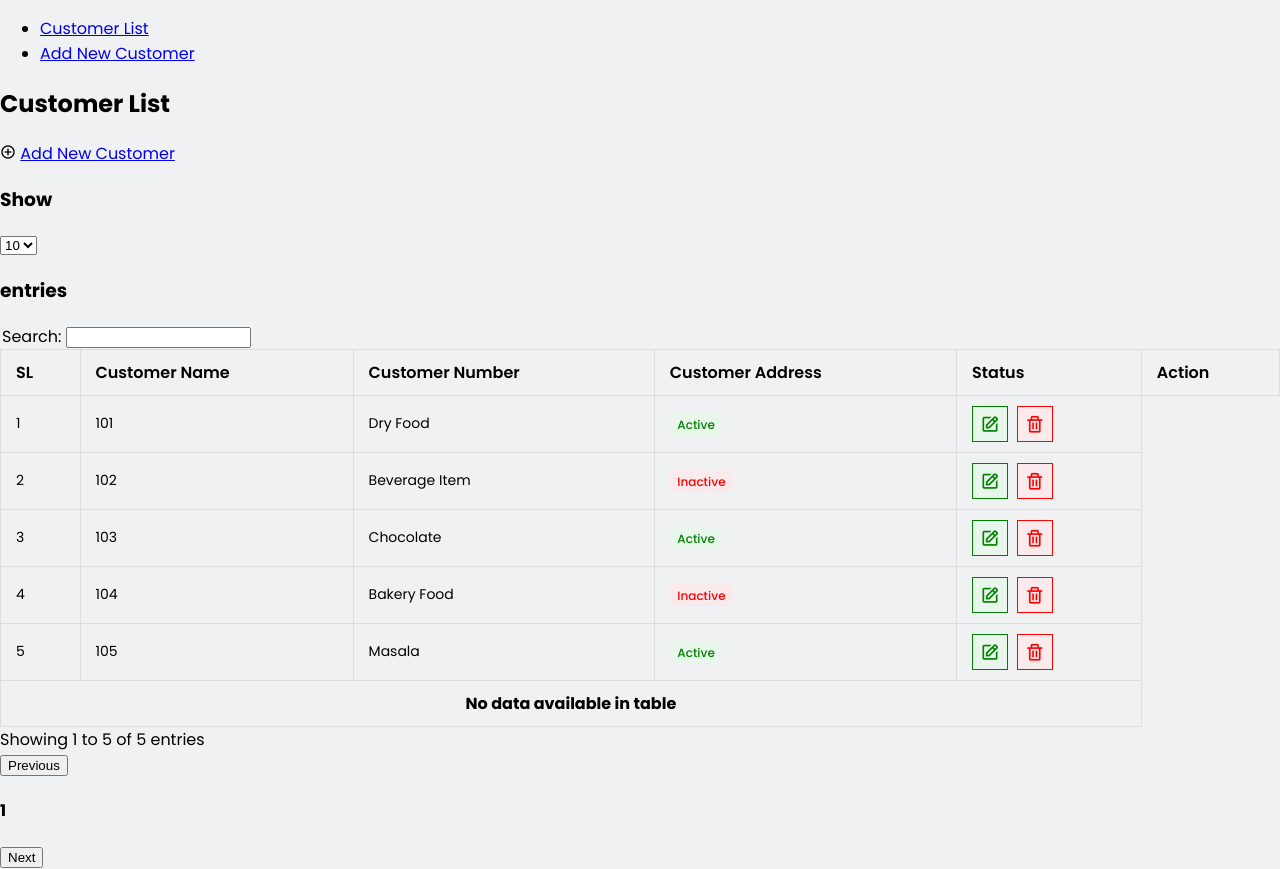
Repository: codebyaddro/customer-page
Page: customer.html
These files come from the project's save history. The page is drawn as it stood at one moment and after a run of saves; the edit follows.
The browser window is 1280 px wide. The pictures show the whole page.

Above is the page before, as saved 2025-02-20 13:55:54.

### customer.html
<!DOCTYPE html>
<html lang="en">
<head>
    <meta charset="UTF-8">
    <meta name="viewport" content="width=device-width, initial-scale=1.0">
    <!-- CSS -->
    <link rel="stylesheet" href="css/customer.css">
    <!-- Icons -->
    <link href='https://unpkg.com/boxicons@2.1.4/css/boxicons.min.css' rel='stylesheet'>
    <title>Customer - Page</title>
</head>
<body>
    <div class="cba-customer-container">
        <div class="cba-cusc-top-menus">
            <ul>
                <li><a href="/index.html" class="-cba-cusc-active-menu">Customer List</a></li>
                <li><a href="/inner-pages/html/anc.html" class="cba-cusc-light-up">Add New Customer</a></li>
            </ul>
        </div>
        <div class="cba-cusc-list-container">
            <div class="cba-cusc-heading-add-new-btn">
                <div class="cba-cusc-heading">
                    <h2>Customer List</h2>
                </div>
                <div class="cba-cusc-add-new-btn">
                    <i class='cba-cusc-add-icon bx bx-plus-circle'></i>
                    <a href="/inner-pages/html/anc.html">Add New Customer</a>
                </div>
            </div>
            <div class="cba-cusc-list-short-dpdwn-search-box">
                <div class="cba-cusc-list-short-dpdwn">
                    <h3>Show</h3>
                    <select name="10" id="">
                        <option value="">10</option>
                        <option value="">20</option>
                        <option value="">30</option>
                        <option value="">All</option>
                    </select>
                    <h3>entries</h3>
                </div>
                <div class="cba-cusc-search-box">
                    <legend>Search: <input type="text"></legend>
                </div>
            </div>
            <div class="cba-cusc-table-list">
                <table>
                    <thead>
                        <tr>
                            <th title="SL">SL</th>
                            <th title="Code">Customer Name</th>
                            <th title="Category Name">Customer Number</th>
                            <th title="Status">Customer Address</th>
                            <th title="Status">Status</th>
                            <th title="Action">Action</th>
                        </tr>
                    </thead>
                    <tbody>
                        <tr>
                            <td>1</td>
                            <td>101</td>
                            <td>Dry Food</td>
                            <td><span class="active">Active</span></td>
                            <td>
                                <a title="Edit" href="#"><i class='edit-icon bx bx-edit'></i></a>
                                <a title="Delete" href="#"><i class='delete-icon bx bx-trash'></i></a>
                            </td>
                        </tr>
                        <tr>
                            <td>2</td>
                            <td>102</td>
                            <td>Beverage Item</td>
                            <td><span class="inactive">Inactive</span></td>
                            <td>
                                <a title="Edit" href="#"><i class='edit-icon bx bx-edit'></i></a>
                                <a title="Delete" href="#"><i class='delete-icon bx bx-trash'></i></a>
                            </td>
                        </tr>
                        <tr>
                            <td>3</td>
                            <td>103</td>
                            <td>Chocolate</td>
                            <td><span class="active">Active</span></td>
                            <td>
                                <a title="Edit" href="#"><i class='edit-icon bx bx-edit'></i></a>
                                <a title="Delete" href="#"><i class='delete-icon bx bx-trash'></i></a>
                            </td>
                        </tr>
                        <tr>
                            <td>4</td>
                            <td>104</td>
                            <td>Bakery Food</td>
                            <td><span class="inactive">Inactive</span></td>
                            <td>
                                <a title="Edit" href="#"><i class='edit-icon bx bx-edit'></i></a>
                                <a title="Delete" href="#"><i class='delete-icon bx bx-trash'></i></a>
                            </td>
                        </tr>
                        <tr>
                            <td>5</td>
                            <td>105</td>
                            <td>Masala</td>
                            <td><span class="active">Active</span></td>
                            <td>
                                <a title="Edit" href="#"><i class='edit-icon bx bx-edit'></i></a>
                                <a title="Delete" href="#"><i class='delete-icon bx bx-trash'></i></a>
                            </td>
                        </tr>
                        <tr class="cba-cusc-no-data-available">
                            <th colspan="5">No data available in table</th>
                        </tr>
                    </tbody>
                </table>
            </div>
            <div class="cba-cusc-entries-details-list-page-btn">
                <div class="cba-cusc-entries-details">
                    Showing <span>1</span> to <span>5</span> of <span>5</span> entries
                </div>
                <div class="cba-cusc-list-page-btn">
                    <button>Previous</button>
                    <h4><span>1</span></h4>
                    <button>Next</button>
                </div>
            </div>
        </div>
    </div>
</body>
</html>

### css/customer.css
/* -- fonts -- */
@import url('https://fonts.googleapis.com/css2?family=Poppins:ital,wght@0,100;0,200;0,300;0,400;0,500;0,600;0,700;0,800;0,900;1,100;1,200;1,300;1,400;1,500;1,600;1,700;1,800;1,900&family=Raleway:ital,wght@0,100..900;1,100..900&family=Roboto:ital,wght@0,100;0,300;0,400;0,500;0,700;0,900;1,100;1,300;1,400;1,500;1,700;1,900&family=VT323&display=swap');

/* -- root -- */

:root {
    --gray-white: #F0F1F2; /* For body*/
    --white: #FFFFFF;
    --black: #000000;
    --gray-black: #DDDDDD;
    --light-black: #212523;
    --light-black-op: #21252350;
    --main-green: #157343;
    --main-light: #37A000;
    --light-orange: #FD7E14;
    --green: #008000;
    --light-green: #e9f6ec;
    --red: #FF0000;
    --light-red: #fbeaec;
}

/* ---------- */

* {
    box-sizing: border-box;
}

body {
    margin: 0;
    padding: 0;
    font-family: "Poppins", serif;
    background-color: var(--gray-white);
}

::selection {
    color: var(--white);
    background-color: var(--main-light);
}

/* -- category container style -- */

.category-container {
    width: 100%;
    margin-top: 25px;
}

/* -- top menus style--  */

.top-menus {
    background-color: var(--white);
    display: flex;
    justify-content: left;
    align-items: center;
    height: 60px;
    margin-bottom: 15px;
}

.top-menus ul {
    list-style-type: none;
    display: flex;
    gap: 30px;
    margin-left: -20px;
}

.top-menus ul li a {
    text-decoration: none;
    color: var(--black);
    font-size: 15px;
    font-weight: 500;
}

/* -- active menu style -- */

.active-menu {
    color: var(--white)!important;
    background-color: var(--main-green);
    padding: 8px 12px;
    border-radius: 5px;
}

/* -- menu hover style -- */

.light-up:hover {
    color: var(--light-orange);
}

/* -- list container style -- */

.list-container {
    background-color: var(--white);
    padding: 0px 20px;
}

/* -- heading-add-new-btn style -- */

.heading-add-new-btn {
    display: flex;
    justify-content: space-between;
    align-items: center;
    border-bottom: 1px solid var(--gray-black) ;
}

.heading h2 {
    color: var(--light-black);
    font-size: 25px;
    font-weight: 500;
}

/* -- add-new-btn style -- */

.add-new-btn {
    display: flex;
    gap: 5px;
    justify-content: baseline;
    align-items: center;
}

.add-new-btn {
    background-color: var(--main-green);
    padding: 5px 10px;
    border-radius: 5px;
}

.add-new-btn a {
    color: var(--white);
    text-decoration: none;
}

.add-icon {
    color: var(--white);
    font-size: 20px;
}

/* -- list-short-dpdwn-search-box style -- */

.list-short-dpdwn-search-box {
    display: flex;
    justify-content: space-between;
    align-items: center;
    padding: 10px 0px;
}

/* -- list-short-dpdwn style -- */

.list-short-dpdwn {
    display: flex;
    gap: 7.5px;
    align-items: center;
}

.list-short-dpdwn h3 {
    color: var(--light-black);
    font-size: 15px;
    font-weight: 500;
}

.list-short-dpdwn select {
    color: var(--light-black);
    appearance: none;
    height: 25px;
    width: 30px;
    padding-left: 6px;
    outline: none;
    border-radius: 2.5px;
}

/* -- search-box style -- */

.search-box {
    display: flex;
    align-items: center;
}

.search-box legend {
    color: var(--light-black);
}

.search-box input {
    outline: none;
    height: 25px;
    width: 193px;
    border: 1px solid var(--gray-black);
}

/* -- table-list style --*/

table {
    border-collapse: collapse;
    width: 100%;
}

@media (max-width: 768px) {
    table {
        width: 100%;
        padding: 0rem;
        display: block;
        overflow-x: scroll;
        overflow-y: hidden;
        scrollbar-width: thin;
        scrollbar-color: var(--black);
    }
}

/* -- thead style -- */

thead {
    cursor: pointer;
}

th, td {
    border: 1px solid var(--gray-black);
    padding: 10px 15px;
}

thead tr th {
    font-size: 1rem;
    font-weight: 600;
    text-align: left;
}

tbody tr td {
    font-size: 0.875rem;
}

tbody tr:hover {
    background-color: var(--gray-white);
}

/* -- tbody style -- */

/* status style */

.active {
    color: var(--green);
    background-color: var(--light-green);
    font-size: 12px;
    font-weight: 500;
    padding: 2.5px 7.5px;
    border-radius: 5px;
}

.inactive {
    color: var(--red);
    background-color: var(--light-red);
    font-size: 12px;
    font-weight: 500;
    padding: 2.5px 7.5px;
    border-radius: 5px;
}

/* -- action style -- */

.edit-icon {
    color: var(--green);
    background-color: var(--light-green);
    padding: 7px 7px;
    margin-right: 2.5px;
    border: 1px solid var(--green);
    font-size: 20px;
}

.edit-icon:hover {
    background-color: var(--light-black-op);
}

.delete-icon {
    color: var(--red);
    background-color: var(--light-red);
    padding: 7px 7px;
    margin-left: 2.5px;
    border: 1px solid var(--red);
    font-size: 20px;
}

.delete-icon:hover {
    background-color: var(--light-black-op);
}

/* -- no data style */

.no-data-available th {
    font-size: 14px;
    font-weight:500;
    color: var(--black);
    background-color: var(--gray-white);
}

/* -- entries-details-list-page-btn style -- */

.entries-details-list-page-btn {
    display: flex;
    justify-content: space-between;
    align-items: center;
    padding: 10px 0px;
}

.entries-details {
    color: var(--black);
    font-size: 15px;
}

.list-page-btn {
    display: flex;
    gap: 5px;
    align-items: center;
}

.list-page-btn button {
    color: var(--light-black);
    background-color: var(--gray-white);
    padding: 8px 14px;
    border: none;
    border-radius: 5px;
    cursor: pointer;
}

.list-page-btn h4 {
    color: var(--white);
    background-color: var(--main-light);
    font-size: 15px;
    font-weight: 400;
    padding: 3px 12px;
    border-radius: 5px;
}

After the next 8 saves:
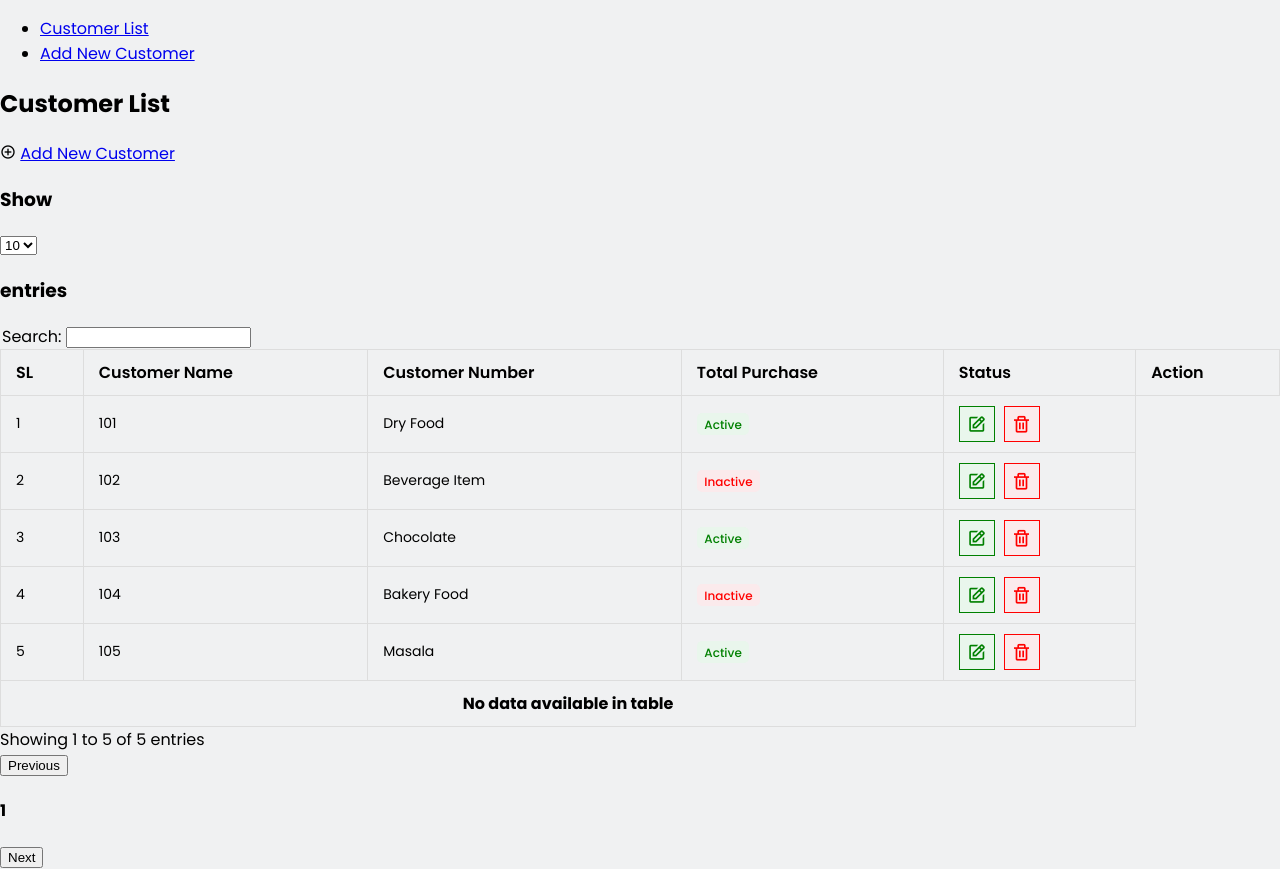
The 8 saves are shown as one change because they came seconds apart.
The last was saved 40 s later.
--- a/customer.html
+++ b/customer.html
@@ -49,7 +49,7 @@
                             <th title="SL">SL</th>
                             <th title="Code">Customer Name</th>
                             <th title="Category Name">Customer Number</th>
-                            <th title="Status">Customer Address</th>
+                            <th title="Status">Total Purchase</th>
                             <th title="Status">Status</th>
                             <th title="Action">Action</th>
                         </tr>
